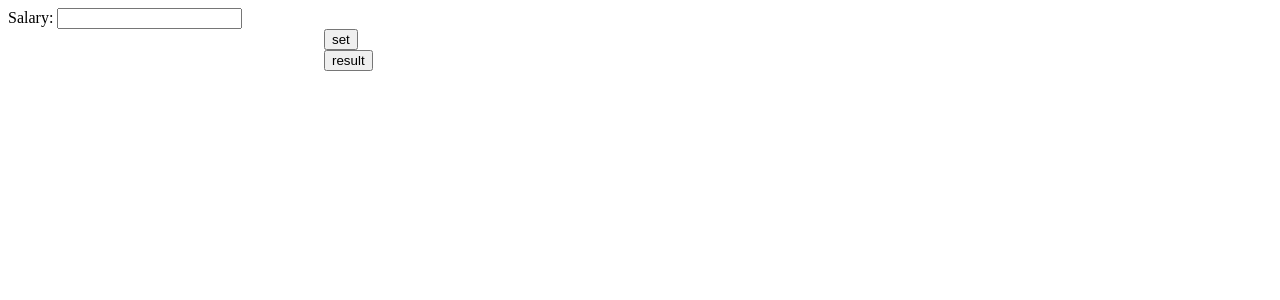
Repository: rameshraj97/Core-java
Page: firstWebsite/src/main/webapp/SessionState.html
These files come from the project's save history. The page is drawn as it stood at one moment and after the next save; the edit follows.
The browser window is 1280 px wide. The pictures show the whole page.

Above is the page before, as saved 2022-05-20 12:02:42.

### firstWebsite/src/main/webapp/SessionState.html
<!DOCTYPE html>
<html>
<head>
<meta charset="ISO-8859-1">
<title>Session State</title>
</head>
<body>
    <form action="SessionState" method="post">
        <div>
            <div>
                <label for='salary'>Salary:</label>
                <input type=text name='salary' id='salary'/>
            </div>
            <div style="width: 50%; margin: 0 auto">
                <input type="submit" value="set" name="submit">
            </div>
            <div style="width: 50%; margin: 0 auto">
                <input type="submit" value="result" name="submit">
            </div>

        </div>
    </form>
</body>
</html>

After the next save:
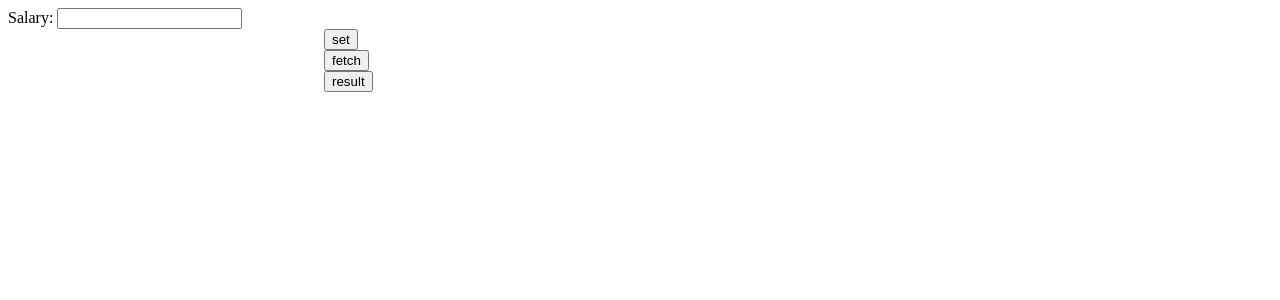
Saved 6 min 7 s later.
--- a/firstWebsite/src/main/webapp/SessionState.html
+++ b/firstWebsite/src/main/webapp/SessionState.html
@@ -13,9 +13,13 @@
             </div>
             <div style="width: 50%; margin: 0 auto">
                 <input type="submit" value="set" name="submit">
+                </div>
+                <div style="width: 50%; margin: 0 auto">
+                <input type="submit" value="fetch" name="submit">
             </div>
             <div style="width: 50%; margin: 0 auto">
                 <input type="submit" value="result" name="submit">
+
             </div>
 
         </div>
